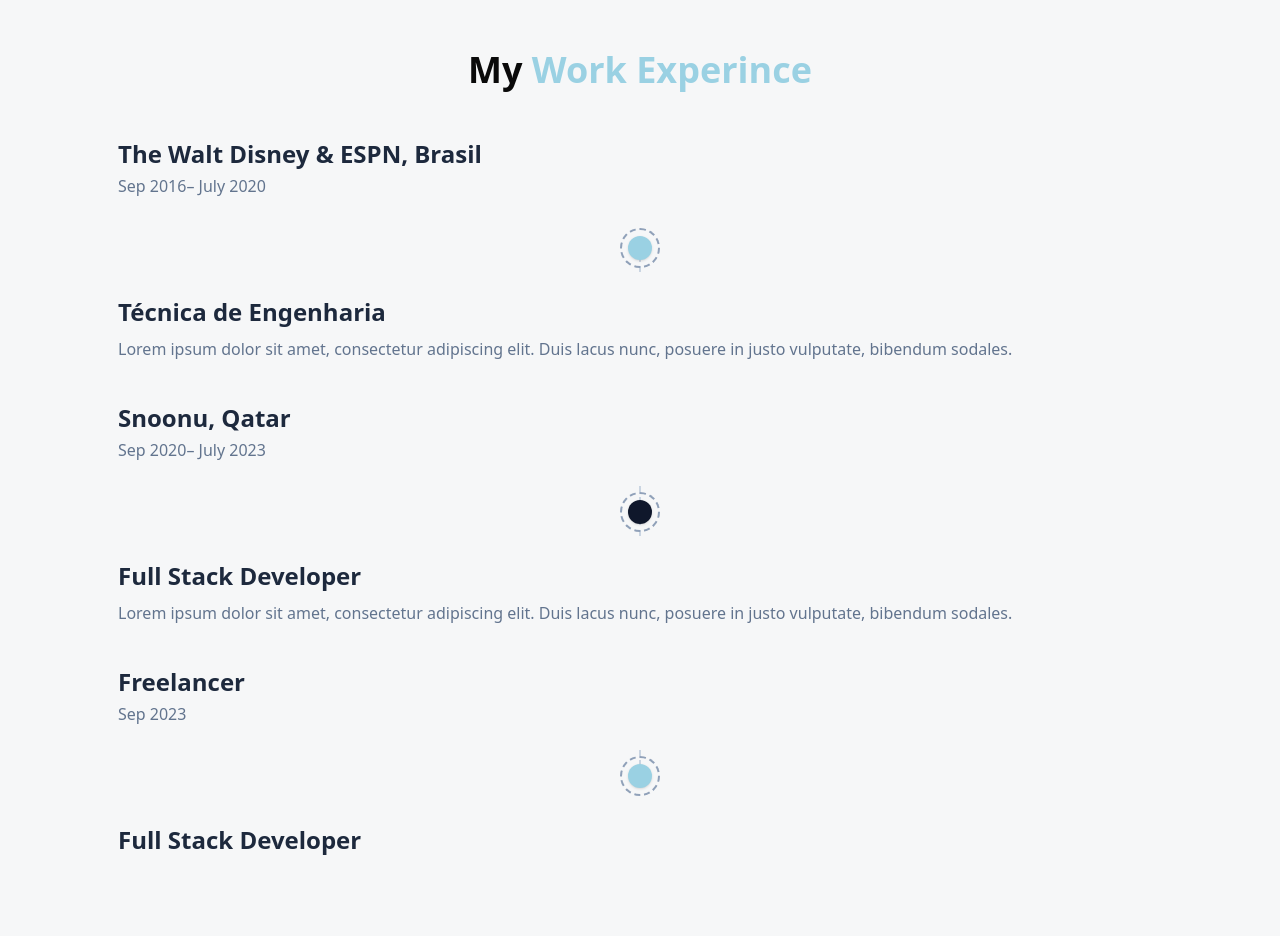
Repository: nina-rebello/portfolio
Page: /
The author's editor kept a copy of each file at every save. The page is drawn from the files as they stood at one save, then again after the next save.
The browser window is 1280 px wide. The pictures show the part of the page from y = 2135 to 3087 px (the page is 3071 px tall before and 3087 px after).
The project was rebuilt for these pictures with package versions that can differ from the ones it lists, and the page was loaded fresh each time. Some packages were replaced by stand-ins written for this rebuild. The framework's server and built-in components were replaced by stand-ins that run in the browser. Also part of the build but not shown: next.config.ts.

Above is the page before, as saved 2025-09-11 18:28:24.

### app/page.tsx
// app/page.tsx
import Header from "@/components/header/Header";
import AboutMe from "@/components/sections/About";
import Hero from "@/components/sections/Hero";
import Projects from "@/components/sections/Projects";
import Services from "@/components/sections/Services";
import WorkExperience from "@/components/sections/WorkExperience";

export default function HomePage() {
  return (
    <>
      <Header />
      <main>
        <Hero />
        <AboutMe />
        <Services />
        <Projects />
        <WorkExperience />
      </main>
    </>
  );
}

### app/globals.css
@import "tailwindcss";
/* app/(styles)/header.css */
:root{
  --bg:#f6f7f8;           /* fundo clarinho do mock */
  --ink:#0a0a0a;          /* texto principal */
  --muted:#4b5563;        /* texto secundário */
  --pill:#ffffff;         /* fundo do header/cta pill */
  --brand:#9ad1e3;        /* azul do “Nina” e estrelas */
}

html,body{background:var(--bg); color:var(--ink);}

/* helpers */
.container-hero{max-width:1100px; margin-inline:auto; padding-inline:clamp(16px,3vw,28px);}
.glass{
  background:var(--pill);
  border:1px solid rgba(0,0,0,.08);
  box-shadow:0 6px 24px rgba(0,0,0,.08);
}
.btn-pill{
  border-radius:9999px; padding:10px 18px; font-weight:600;
  background:#111; color:#fff; border:1px solid rgba(255,255,255,.1);
  transition:transform .15s ease, box-shadow .15s ease, opacity .2s ease;
}
.btn-pill:hover{ transform:translateY(-1px); box-shadow:0 8px 24px rgba(0,0,0,.18);}
.nav-link{ padding:10px 14px; border-radius:12px; font-weight:600; }
.nav-link:hover{ background:rgba(0,0,0,.04); }

.no-scrollbar::-webkit-scrollbar{ display:none; }
.no-scrollbar{ -ms-overflow-style:none; scrollbar-width:none; }

### components/header/Header.tsx
"use client";

import Link from "next/link";
import { useState, useEffect } from "react";
import { Menu, X } from "lucide-react";

const NAV = [
  { label: "About", href: "#about" },
  { label: "Services", href: "#services" },
  { label: "Projects", href: "#projects" },
  { label: "Contact", href: "#contact" },
];

export default function Header() {
  const [open, setOpen] = useState(false);

  // fecha o menu ao navegar/scroll
  useEffect(() => {
    const close = () => setOpen(false);
    window.addEventListener("scroll", close);
    return () => window.removeEventListener("scroll", close);
  }, []);

  return (
    <header className="sticky top-7 z-50">
      <div className="container-hero">
        <div
          className="glass flex items-center justify-between rounded-[32px] px-4 sm:px-6 py-1.5"
          role="navigation"
          aria-label="Primary"
        >
          {/* logo / nome */}
          <Link href="/" className="font-bold tracking-tight text-xl sm:text-2xl">
            Nina
          </Link>

          {/* desktop nav */}
          <nav className="hidden md:flex items-center gap-1">
            {NAV.map((i) => (
              <a key={i.href} href={i.href} className="nav-link">
                {i.label}
              </a>
            ))}
          </nav>

          {/* CTA */}
          <div className="hidden md:block">
            <a href="#contact" className="btn-pill">Let’s Talk</a>
          </div>

          {/* mobile toggle */}
          <button
            aria-label="Abrir menu"
            className="md:hidden p-2 rounded-xl hover:bg-black/5"
            onClick={() => setOpen((v) => !v)}
          >
            {open ? <X /> : <Menu />}
          </button>
        </div>

        {/* mobile sheet */}
        {open && (
          <div className="md:hidden mt-2 glass rounded-3xl p-3">
            <nav className="grid gap-1">
              {NAV.map((i) => (
                <a
                  key={i.href}
                  href={i.href}
                  className="nav-link"
                  onClick={() => setOpen(false)}
                >
                  {i.label}
                </a>
              ))}
              <a href="#contact" className="btn-pill text-center mt-1">
                Let’s Talk
              </a>
            </nav>
          </div>
        )}
      </div>
    </header>
  );
}

### components/sections/About.tsx
export default function AboutMe() {
  return (
    <section id="about" className="bg-[#111] text-white  py-11 sm:py-15 mt-4 sm:mt-20">
      <div className="container-hero text-center">
        <h2 className="text-3xl sm:text-4xl font-extrabold mb-6">
          About Me
        </h2>
        <p className="max-w-2xl mx-auto text-lg text-gray-300 leading-relaxed">
          I’m a passionate website developer focused on building
          clean, responsive, and user-friendly websites.
          {/* <br /> */}
          With strong attention to detail and a love for design,
          I combine creativity with functionality.
        </p>
      </div>
    </section>
  );
}

### components/sections/Hero.tsx
import { Quote, Star } from "lucide-react";

function HelloBubble() {
  return (
    <div className="inline-flex items-center gap-2">
      <span className="inline-flex items-center justify-center rounded-full border px-4 py-2 text-sm font-semibold">
        Hello!
      </span>
    </div>
  );
}

export default function Hero() {
  return (
    <section className="pt-20 sm:pt-28">
      <div className="container-hero">
        {/* bloco principal */}
        <div className="text-center">
          <div className="mb-6 sm:mb-8">
            <HelloBubble />
          </div>

          <p className="text-4xl sm:text-5xl md:text-6xl font-bold tracking-tight">
            I’m{" "}
            <span style={{ color: "var(--brand)" }}>
              Nina
            </span>
            ,
          </p>
          <h1 className="mt-2 text-4xl sm:text-6xl md:text-7xl font-bold tracking-tight">
            Website Developer
          </h1>
        </div>

        {/* faixa inferior: quote esquerda / rating direita */}
        <div className="mt-16 grid grid-cols-1 md:grid-cols-2 gap-8 items-start">
          {/* quote */}
          <div className="flex gap-3">
            <div className="mt-1">
              <Quote className="text-[var(--brand)]" />
            </div>
            <div>
              <p className="font-semibold">
                Lorem ipsum dolor sit amet, consectetur adipiscing elit
              </p>
              <p className="text-[var(--muted)]">
                sed do eiusmod tempor incididunt ut labore et dolore magna aliqua.
              </p>
            </div>
          </div>

          {/* rating / experiência */}
          <div className="flex md:justify-end">
            <div className="text-right">
              <div className="flex justify-end gap-1 mb-2" aria-label="5 out of 5 stars">
                {Array.from({ length: 5 }).map((_, i) => (
                  <Star key={i} className="text-[var(--brand)]" fill="currentColor" size={22} />
                ))}
              </div>
              <div className="text-3xl sm:text-4xl font-bold">2 Years</div>
              <div className="text-[var(--muted)]">Experience</div>
            </div>
          </div>
        </div>
      </div>
    </section>
  );
}

### components/sections/Services.tsx
import Image from "next/image";

const services = [
  {
    icon: "/icons/icons8-source-code-96.png",
    title: "Software Development",
    desc: "Custom applications built to solve real problems.",
  },
  {
    icon: "/icons/icons8-internet-100.png",
    title: "Web Development",
    desc: "Modern, scalable and optimized websites.",
  },
  {
    icon: "/icons/icons8-web-100.png",
    title: "Web Design",
    desc: "In partnership with Luana Rebello, focused on elegant UI.",
  },
];

export default function Services() {
  return (
    <section id="services" className="relative overflow-hidden">
      {/* === gradientes de fundo === */}
      <div className="absolute inset-0 z-0 pointer-events-none select-none">
        <Image
          src="/gradients/light-leak-blur-transparent-free-png.png"
          alt=""
          width={1400}
          height={1000}
          className="absolute -top-10 left-200 w-[1000px] opacity-80"
          priority
        />
        <Image
          src="/gradients/blur-gradient.png"
          alt=""
          width={760}
          height={760}
          className="absolute top-44 right-230 w-[860px] opacity-70"
        />
      </div>

      {/* === faixa branca por cima dos gradientes === */}
      <div className="relative z-10 bg-white pt-20 pb-18 text-center">
        <div className="container-hero">
          <h2 className="text-3xl sm:text-4xl font-extrabold mb-6">Services</h2>
          <p className="max-w-3xl mx-auto text-gray-700">
            Lorem ipsum dolor sit amet consectetur. Mollis erat duis aliquam
            mauris est risus lectus. Phasellus consequat urna tellus
          </p>
        </div>
        {/* fade branco para transição suave */}
        <div className="absolute bottom-0 left-0 right-0 h-12 bg-gradient-to-b from-white to-transparent" />
      </div>

      {/* === grid de cards === */}
    <div className="relative z-10 container-hero py-16">
      <div className="grid gap-8 sm:grid-cols-2 lg:grid-cols-3">
        {services.map((s) => (
          <div
            key={s.title}
            className="rounded-2xl p-8 backdrop-blur-md bg-white/40
                      border border-black/10 shadow-[0_8px_24px_rgba(0,0,0,0.08)]
                      transition hover:shadow-[0_12px_32px_rgba(0,0,0,0.12)]"
          >
            <div className="flex flex-col items-start text-left">
              <Image
                src={s.icon}
                alt={s.title}
                width={50}
                height={50}
                className="mb-4 opacity-90"
              />
              <h3 className="font-semibold text-2xl mb-3">{s.title}</h3>
              <p className="text-gray-600 text-sm leading-relaxed">{s.desc}</p>
              {s.title === "Web Design" && (
                <p className="mt-4 text-xs text-gray-500">
                  Em parceria com Luana Rebello
                </p>
              )}
            </div>
          </div>
        ))}
      </div>
    </div>
    </section>
  );
}

### components/sections/WorkExperience.tsx
"use client";

import React from "react";

type Item = {
  company: string;
  period: string;
  role: string;
  description?: string;
};

const ITEMS: Item[] = [
  {
    company: "The Walt Disney & ESPN, Brasil",
    period: "Sep 2016– July 2020",
    role: "Técnica de Engenharia",
    description:
      "Lorem ipsum dolor sit amet, consectetur adipiscing elit. Duis lacus nunc, posuere in justo vulputate, bibendum sodales.",
  },
  {
    company: "Snoonu, Qatar",
    period: "Sep 2020– July 2023",
    role: "Full Stack Developer",
    description:
      "Lorem ipsum dolor sit amet, consectetur adipiscing elit. Duis lacus nunc, posuere in justo vulputate, bibendum sodales.",
  },
  {
    company: "Freelancer",
    period: "Sep 2023",
    role: "Full Stack Developer",
  },
];

export default function WorkExperience() {
  return (
    <section id="experience" className="relative overflow-hidden py-20">
      <div className="container-hero">
        {/* título */}
        <h2 className="text-center text-3xl sm:text-4xl font-extrabold">
          My{" "}
          <span style={{ color: "var(--brand)" }} className="font-extrabold">
            Work Experince
          </span>
        </h2>

        {/* grid principal */}
        <div className="mt-12 space-y-10">
          {ITEMS.map((it, idx) => {
            const isFirst = idx === 0;
            const isLast = idx === ITEMS.length - 1;
            return (
              <div
                key={it.company + idx}
                className="grid grid-cols-[1fr,64px,1fr] items-start gap-6"
              >
                {/* coluna esquerda: empresa + período */}
                <div>
                  <h3 className="text-xl sm:text-2xl font-extrabold text-slate-800">
                    {it.company}
                  </h3>
                  <p className="mt-1 text-slate-500">{it.period}</p>
                </div>

                {/* coluna central: linha pontilhada + nodes */}
                <div className="relative h-full flex items-stretch justify-center">
                  {/* linha pontilhada (cobre a célula inteira) */}
                  <div
                    className={`absolute left-1/2 -translate-x-1/2 w-0.5 border-l-2 border-dashed border-slate-300 ${
                      isFirst ? "top-6" : "top-0"
                    } ${isLast ? "bottom-6" : "bottom-0"}`}
                    aria-hidden
                  />
                  {/* node */}
                  <div className="relative z-10 mt-0.5 h-12 flex items-center justify-center">
                    <span className="relative inline-flex h-10 w-10 items-center justify-center">
                      {/* aro tracejado externo (igual ao mock) */}
                      <span className="absolute inset-0 rounded-full border-2 border-dashed border-slate-400" />
                      {/* círculo preenchido (azul alternando com escuro no meio, como no mock) */}
                      <span
                        className={`inline-block h-6 w-6 rounded-full ${
                          idx === 1 ? "bg-slate-900" : "bg-[var(--brand)]"
                        } shadow`}
                      />
                    </span>
                  </div>
                </div>

                {/* coluna direita: cargo + descrição */}
                <div>
                  <h3 className="text-xl sm:text-2xl font-extrabold text-slate-800">
                    {it.role}
                  </h3>
                  {it.description && (
                    <p className="mt-2 text-slate-500 leading-relaxed">
                      {it.description}
                    </p>
                  )}
                </div>
              </div>
            );
          })}
        </div>
      </div>

      {/* responsivo: empilha em telas muito estreitas */}
      <style jsx>{`
        @media (max-width: 640px) {
          :global(#experience .grid) {
            grid-template-columns: 1fr;
          }
          :global(#experience .grid > div:nth-child(2)) {
            order: 3;
            height: 48px;
          }
        }
      `}</style>
    </section>
  );
}

Loaded but not shown: app/layout.tsx (common file); components/sections/Projects.tsx (277 lines, source omitted)

After the next save:
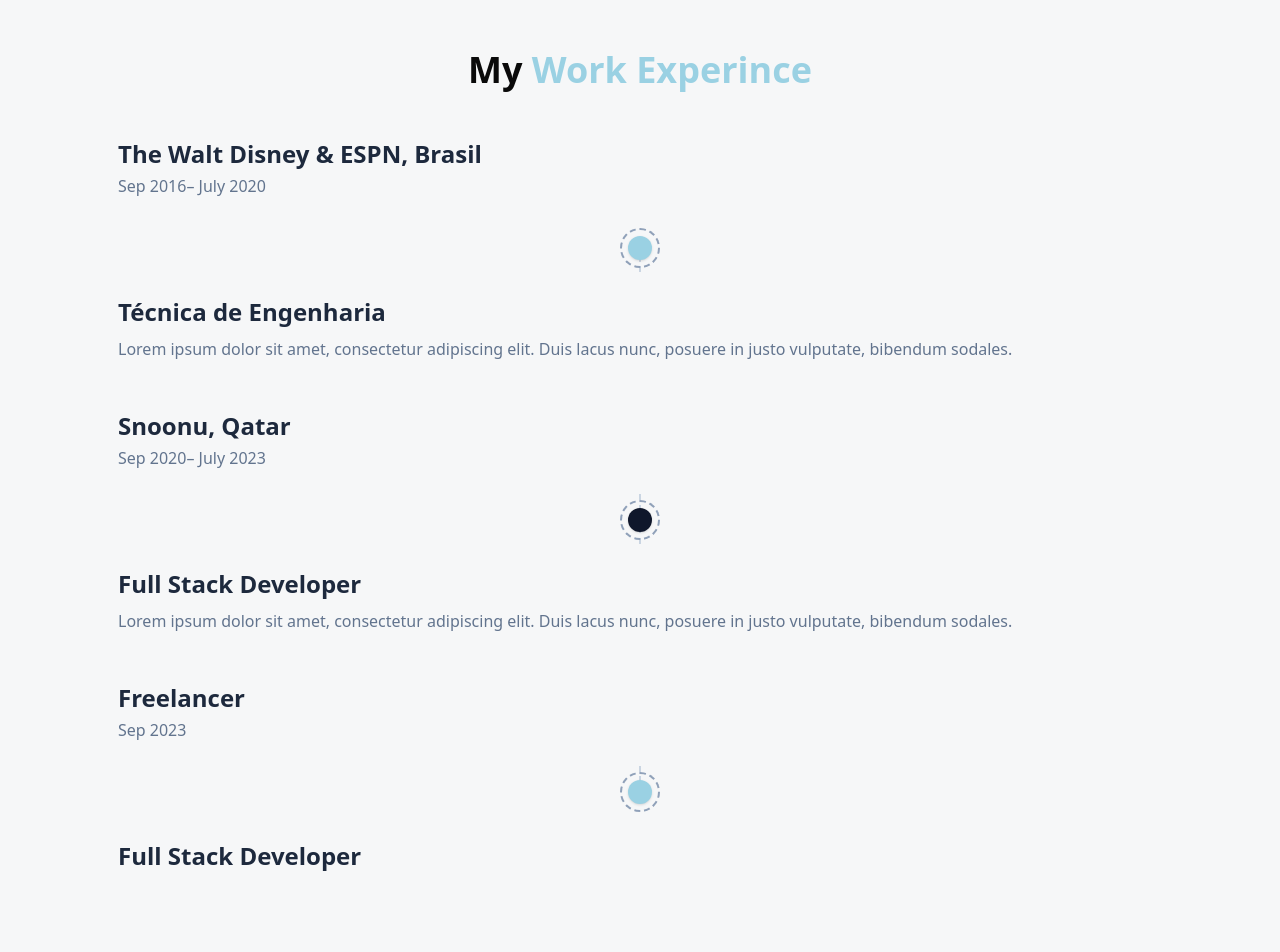
Saved 12 min 9 s later.
--- a/components/sections/WorkExperience.tsx
+++ b/components/sections/WorkExperience.tsx
@@ -1,6 +1,6 @@
 "use client";
 
-import React from "react";
+import React, { useEffect, useRef, useState } from "react";
 
 type Item = {
   company: string;
@@ -32,10 +32,34 @@ const ITEMS: Item[] = [
 ];
 
 export default function WorkExperience() {
+  const rowsRef = useRef<Array<HTMLDivElement | null>>([]);
+  const [seen, setSeen] = useState<boolean[]>(Array(ITEMS.length).fill(false));
+
+  useEffect(() => {
+    const io = new IntersectionObserver(
+      (entries) => {
+        entries.forEach((entry) => {
+          const index = Number((entry.target as HTMLElement).dataset.index);
+          if (entry.isIntersecting) {
+            setSeen((prev) => {
+              if (prev[index]) return prev;
+              const next = [...prev];
+              next[index] = true;
+              return next;
+            });
+          }
+        });
+      },
+      { threshold: 0.4 }
+    );
+
+    rowsRef.current.forEach((el) => el && io.observe(el));
+    return () => io.disconnect();
+  }, []);
+
   return (
     <section id="experience" className="relative overflow-hidden py-20">
       <div className="container-hero">
-        {/* título */}
         <h2 className="text-center text-3xl sm:text-4xl font-extrabold">
           My{" "}
           <span style={{ color: "var(--brand)" }} className="font-extrabold">
@@ -43,57 +67,85 @@ export default function WorkExperience() {
           </span>
         </h2>
 
-        {/* grid principal */}
-        <div className="mt-12 space-y-10">
+        <div className="mt-12 space-y-12">
           {ITEMS.map((it, idx) => {
             const isFirst = idx === 0;
             const isLast = idx === ITEMS.length - 1;
+            const active = seen[idx];
+
             return (
               <div
                 key={it.company + idx}
+                ref={(el) => (rowsRef.current[idx] = el)}
+                data-index={idx}
                 className="grid grid-cols-[1fr,64px,1fr] items-start gap-6"
               >
-                {/* coluna esquerda: empresa + período */}
-                <div>
+                {/* esquerda */}
+                <div
+                  className={`transition-all duration-700 ${
+                    active ? "opacity-100 translate-x-0" : "opacity-0 -translate-x-6"
+                  }`}
+                  style={{ transitionDelay: `${idx * 120}ms` }}
+                >
                   <h3 className="text-xl sm:text-2xl font-extrabold text-slate-800">
                     {it.company}
                   </h3>
                   <p className="mt-1 text-slate-500">{it.period}</p>
                 </div>
 
-                {/* coluna central: linha pontilhada + nodes */}
+                {/* centro: linha + ponto */}
                 <div className="relative h-full flex items-stretch justify-center">
-                  {/* linha pontilhada (cobre a célula inteira) */}
+                  {/* linha tracejada com animação de “desenho” */}
                   <div
-                    className={`absolute left-1/2 -translate-x-1/2 w-0.5 border-l-2 border-dashed border-slate-300 ${
-                      isFirst ? "top-6" : "top-0"
-                    } ${isLast ? "bottom-6" : "bottom-0"}`}
+                    className={`absolute left-1/2 -translate-x-1/2 w-0.5 border-l-2 border-dashed border-slate-300 origin-top
+                    timeline-line ${active ? "timeline-line--on" : ""}`}
+                    style={{
+                      top: isFirst ? "1.5rem" : "0",
+                      bottom: isLast ? "1.5rem" : "0",
+                      transitionDelay: `${idx * 90}ms`,
+                    }}
                     aria-hidden
                   />
                   {/* node */}
                   <div className="relative z-10 mt-0.5 h-12 flex items-center justify-center">
-                    <span className="relative inline-flex h-10 w-10 items-center justify-center">
-                      {/* aro tracejado externo (igual ao mock) */}
+                    <span
+                      className={`relative inline-flex h-10 w-10 items-center justify-center
+                        transition-transform duration-500 ${
+                          active ? "scale-100" : "scale-75"
+                        }`}
+                      style={{ transitionDelay: `${200 + idx * 120}ms` }}
+                    >
+                      {/* aro tracejado externo */}
                       <span className="absolute inset-0 rounded-full border-2 border-dashed border-slate-400" />
-                      {/* círculo preenchido (azul alternando com escuro no meio, como no mock) */}
+                      {/* pulso */}
                       <span
-                        className={`inline-block h-6 w-6 rounded-full ${
+                        className={`absolute inset-0 rounded-full ring-0 ${
+                          active ? "node-pulse" : ""
+                        }`}
+                        style={{ animationDelay: `${250 + idx * 120}ms` }}
+                      />
+                      {/* círculo preenchido */}
+                      <span
+                        className={`inline-block h-6 w-6 rounded-full shadow ${
                           idx === 1 ? "bg-slate-900" : "bg-[var(--brand)]"
-                        } shadow`}
+                        }`}
                       />
                     </span>
                   </div>
                 </div>
 
-                {/* coluna direita: cargo + descrição */}
-                <div>
+                {/* direita */}
+                <div
+                  className={`transition-all duration-700 ${
+                    active ? "opacity-100 translate-x-0" : "opacity-0 translate-x-6"
+                  }`}
+                  style={{ transitionDelay: `${180 + idx * 120}ms` }}
+                >
                   <h3 className="text-xl sm:text-2xl font-extrabold text-slate-800">
                     {it.role}
                   </h3>
                   {it.description && (
-                    <p className="mt-2 text-slate-500 leading-relaxed">
-                      {it.description}
-                    </p>
+                    <p className="mt-2 text-slate-500 leading-relaxed">{it.description}</p>
                   )}
                 </div>
               </div>
@@ -102,8 +154,35 @@ export default function WorkExperience() {
         </div>
       </div>
 
-      {/* responsivo: empilha em telas muito estreitas */}
+      {/* estilos das animações */}
       <style jsx>{`
+        /* linha desenhando */
+        .timeline-line {
+          transform: scaleY(0);
+          transition: transform 900ms cubic-bezier(0.22, 1, 0.36, 1);
+        }
+        .timeline-line--on {
+          transform: scaleY(1);
+        }
+
+        /* pulso do ponto */
+        @keyframes pulseRing {
+          0% {
+            box-shadow: 0 0 0 0 rgba(154, 209, 227, 0.55);
+          }
+          70% {
+            box-shadow: 0 0 0 14px rgba(154, 209, 227, 0);
+          }
+          100% {
+            box-shadow: 0 0 0 0 rgba(154, 209, 227, 0);
+          }
+        }
+        .node-pulse {
+          animation: pulseRing 1.6s ease-out 1;
+          border-radius: 9999px;
+        }
+
+        /* responsivo: empilha em telas pequenas */
         @media (max-width: 640px) {
           :global(#experience .grid) {
             grid-template-columns: 1fr;
